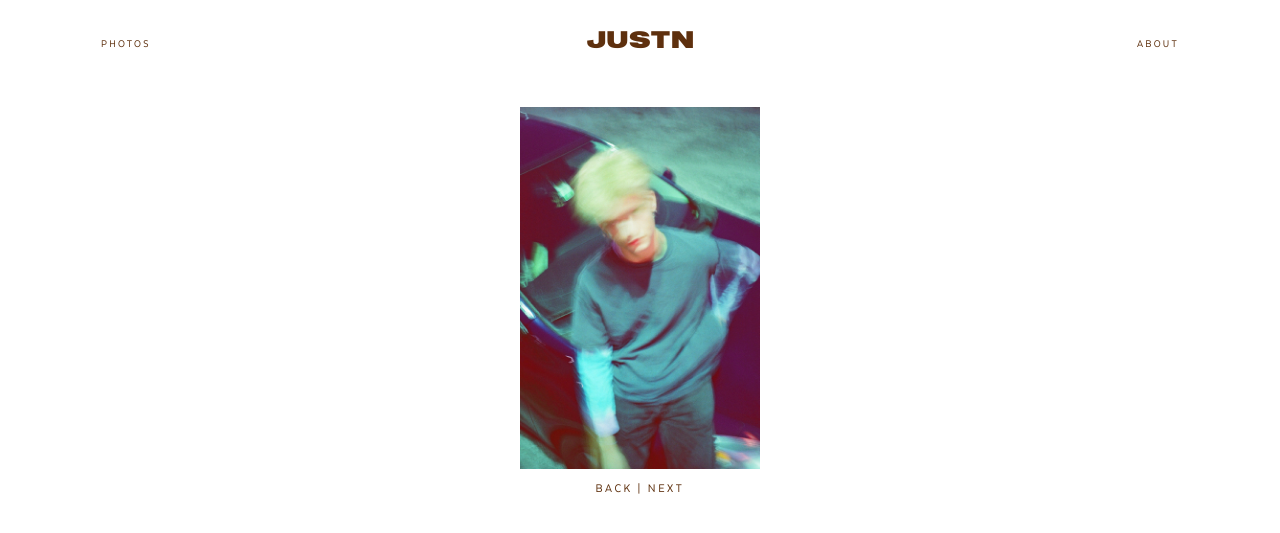
Repository: AviMKabir/justn_2020
Page: index.html
The author's editor kept a copy of each file at every save. The page is drawn from the files as they stood at one save, then again after the next save.
The browser window is 1280 px wide. The pictures show the whole page.

Above is the page before, as saved 2020-11-23 00:53:21.

After the next save:
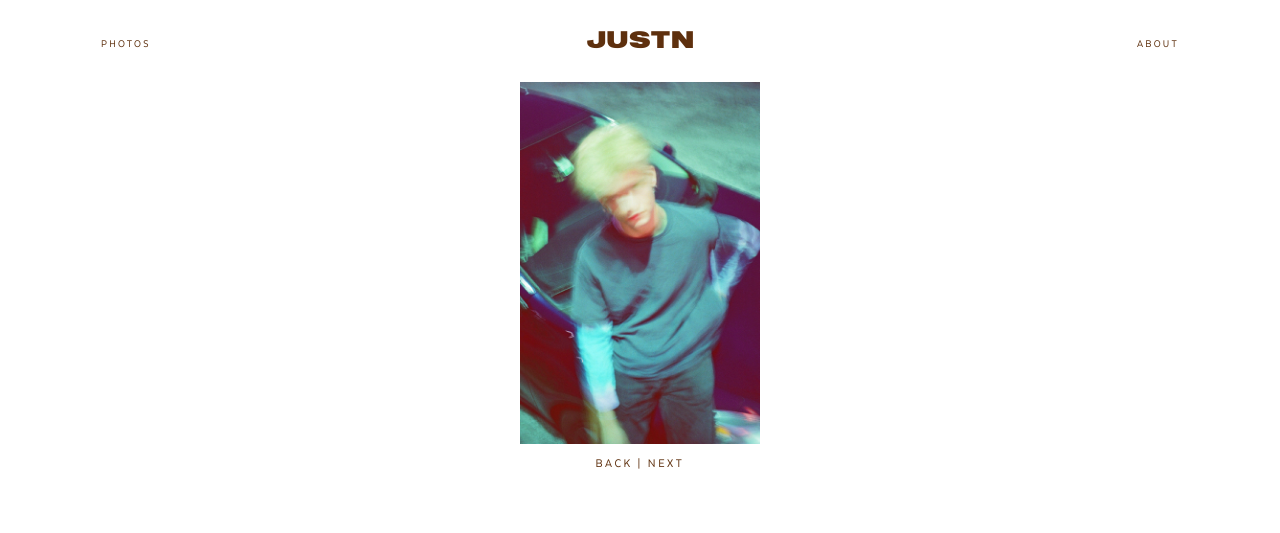
Saved 12 s later.
--- a/index.html
+++ b/index.html
@@ -95,7 +95,7 @@
     <!-- slideshow -->
 
     <div class="container">
-    <div id="carouselExampleControls" class="carousel slide slideshow-bump carousel-fade" data-ride="carousel">
+    <div id="carouselExampleControls" class="carousel slide carousel-fade" data-ride="carousel">
         <div class="carousel-inner">
             <div class="carousel-item active">
                 <img class="d-block " src="./img/slide-test-1.png" alt="First slide">

After the save that followed:
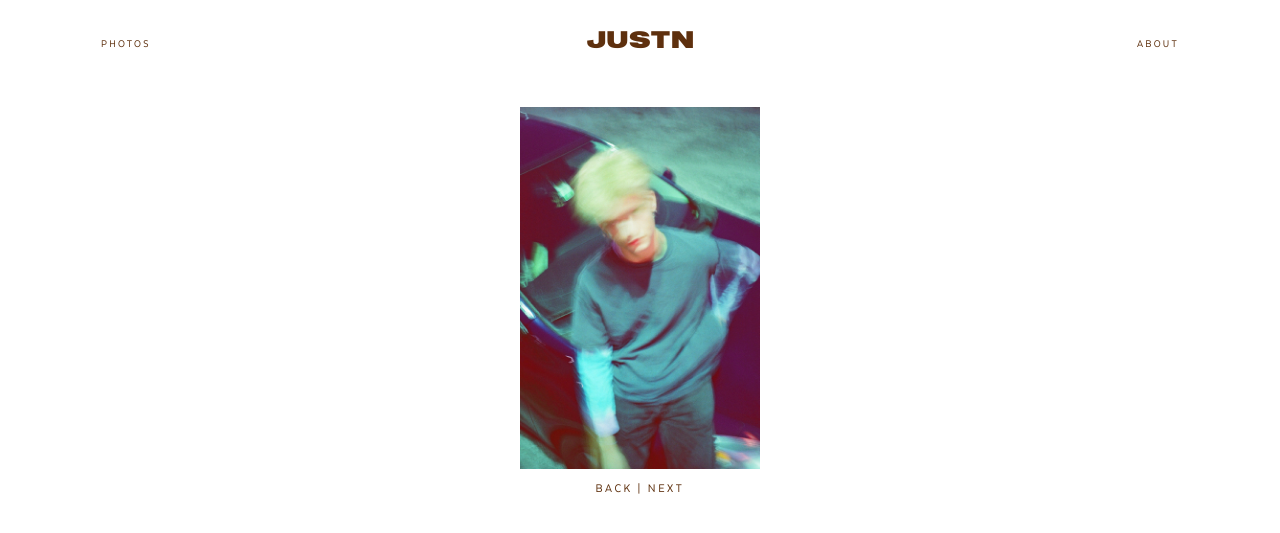
Saved 6 s later.
--- a/index.html
+++ b/index.html
@@ -95,7 +95,7 @@
     <!-- slideshow -->
 
     <div class="container">
-    <div id="carouselExampleControls" class="carousel slide carousel-fade" data-ride="carousel">
+    <div id="carouselExampleControls" class="carousel slide slideshow-bump carousel-fade" data-ride="carousel">
         <div class="carousel-inner">
             <div class="carousel-item active">
                 <img class="d-block " src="./img/slide-test-1.png" alt="First slide">
